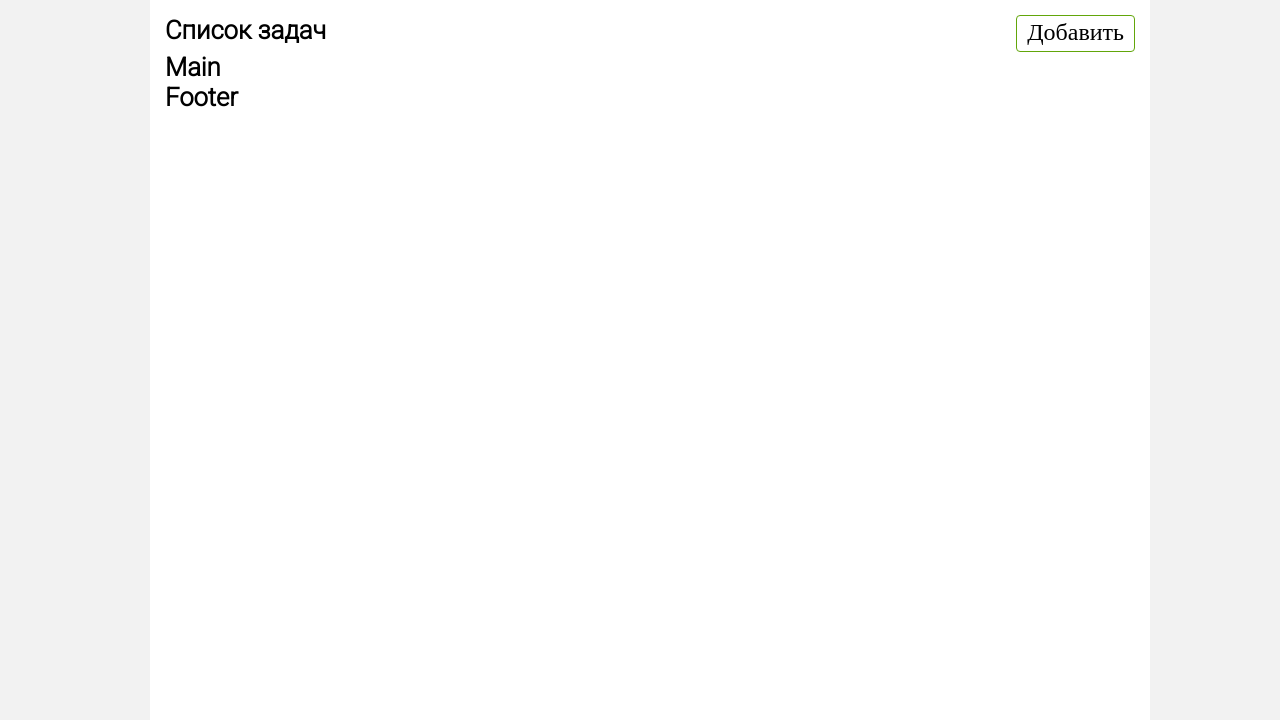
Repository: XaVi7777/todos-with-hooks
Page: /
The author's editor kept a copy of each file at every save. The page is drawn from the files as they stood at one save, then again after a run of saves.
The browser window is 1280 px wide. The pictures show the whole page.
The project was rebuilt for these pictures with package versions that can differ from the ones it lists, and the page was loaded fresh each time.

Above is the page before, as saved 2020-08-03 15:33:16.

### src/index.js
import React from 'react';
import ReactDOM from 'react-dom';
import App from './App';
import * as serviceWorker from './serviceWorker';
import './scss/index.scss';

ReactDOM.render(
  <React.StrictMode>
    <App />
  </React.StrictMode>,
  document.getElementById('root')
);

// If you want your app to work offline and load faster, you can change
// unregister() to register() below. Note this comes with some pitfalls.
// Learn more about service workers: https://bit.ly/CRA-PWA
serviceWorker.unregister();

### src/App.js
import React from 'react';
import { MainPage } from './pages/MainPage/MainPage';

function App() {
  return (
    <div className="App">
      <MainPage />
    </div>
  );
}

export default App;

### src/scss/index.scss
@import url("https://fonts.googleapis.com/css2?family=Roboto:wght@100;300&display=swap");
@import "~material-icons/iconfont/material-icons.scss";
@import "button";
@import "App";
@import "MainPage";
@import "Header";
// @import "~normalize.css";
// @import "header";
// @import "main";
// @import "footer";

* {
  margin: 0;
  position: relative;
  padding: 0;
  color: #000;
  box-sizing: border-box;
}

html, body, #root, .App{
  position: relative;
  height: 100%;
}

body {
  font-family: "Roboto", sans-serif;
  font-size: 12px;
  background-color: #f2f2f2;
}

#root {
  display: block;
  color: #888;
  font-size: 0.8rem;
}

### src/pages/MainPage/MainPage.js
import React from 'react';
import { Header } from '../../components/Header/Header';
import { Main } from '../../components/Main/Main';
import { Footer } from '../../components/Footer/Footer';

export const MainPage = () => (
  <div
    className="wrapper"
  >
    <Header />
    <Main />
    <Footer />
  </div>
);

### src/scss/button.scss
button {
  border-radius: 4px;
  transition: all 0.1s ease-in-out;
  background-color: #fff;
  padding: 0 10px;
  border: 1px solid #f2f2f2;
  background-color: #fff;
  color: #1a1a1a;
  line-height: 30px;
  display: inline-block;
  cursor: pointer;
}

.btn-icon {
  border-color: #62a60a;

  &:hover {
    color: white;
    background-color: green;
  }
}

### src/scss/App.scss
.App {

};

### src/scss/MainPage.scss
.wrapper {
  position: relative;
  height: 100%;
  max-width: 1000px;
  margin-left: 10px;
  margin-right: 10px;
  background-color: #fff;
  left: 50%;
  transform: translateX(-50%);
  padding: 15px;
}

### src/components/Header/Header.js
import React from 'react';
import Button from '../UI/Button/Button';

export const Header = () => (
  <div className="header">
    <div
      className="header__title"
    >
      <h1>Список задач</h1>
    </div>

    <div
      className="header__addbtn"
    >
      <Button
        text="Добавить"
      />
    </div>
  </div>
);

### src/components/Main/Main.js
import React from 'react';

export const Main = () => (
  <>
    <h1>Main</h1>
  </>
);

### src/components/Footer/Footer.js
import React from 'react';

export const Footer = () => (
  <div
    className="footer"
  >
    <h1>Footer</h1>
  </div>
);

### src/components/UI/Button/Button.js
import React from 'react';

export default ({ text }) => (
  <>
    <button
      className="btn-icon"
    >
      <span className="material-icons">
        {text}
      </span>
    </button>
  </>
);

Loaded but not shown: public/index.html (common file); src/serviceWorker.js (common file); src/scss/Header.scss (common file)

After the next 2 saves:
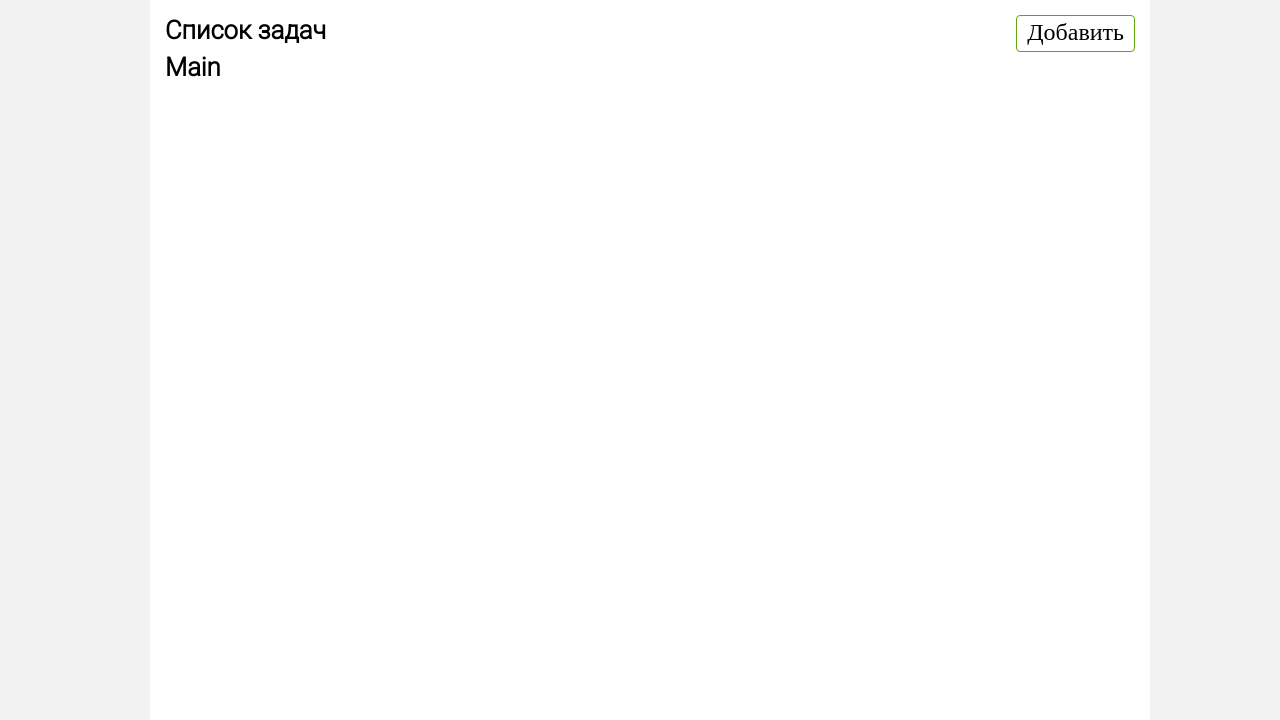
The 2 saves are shown as one change because they came seconds apart.
The last was saved 10 s later.
--- a/src/components/Footer/Footer.js
+++ b/src/components/Footer/Footer.js
@@ -4,6 +4,6 @@ export const Footer = () => (
   <div
     className="footer"
   >
-    <h1>Footer</h1>
+
   </div>
 );
